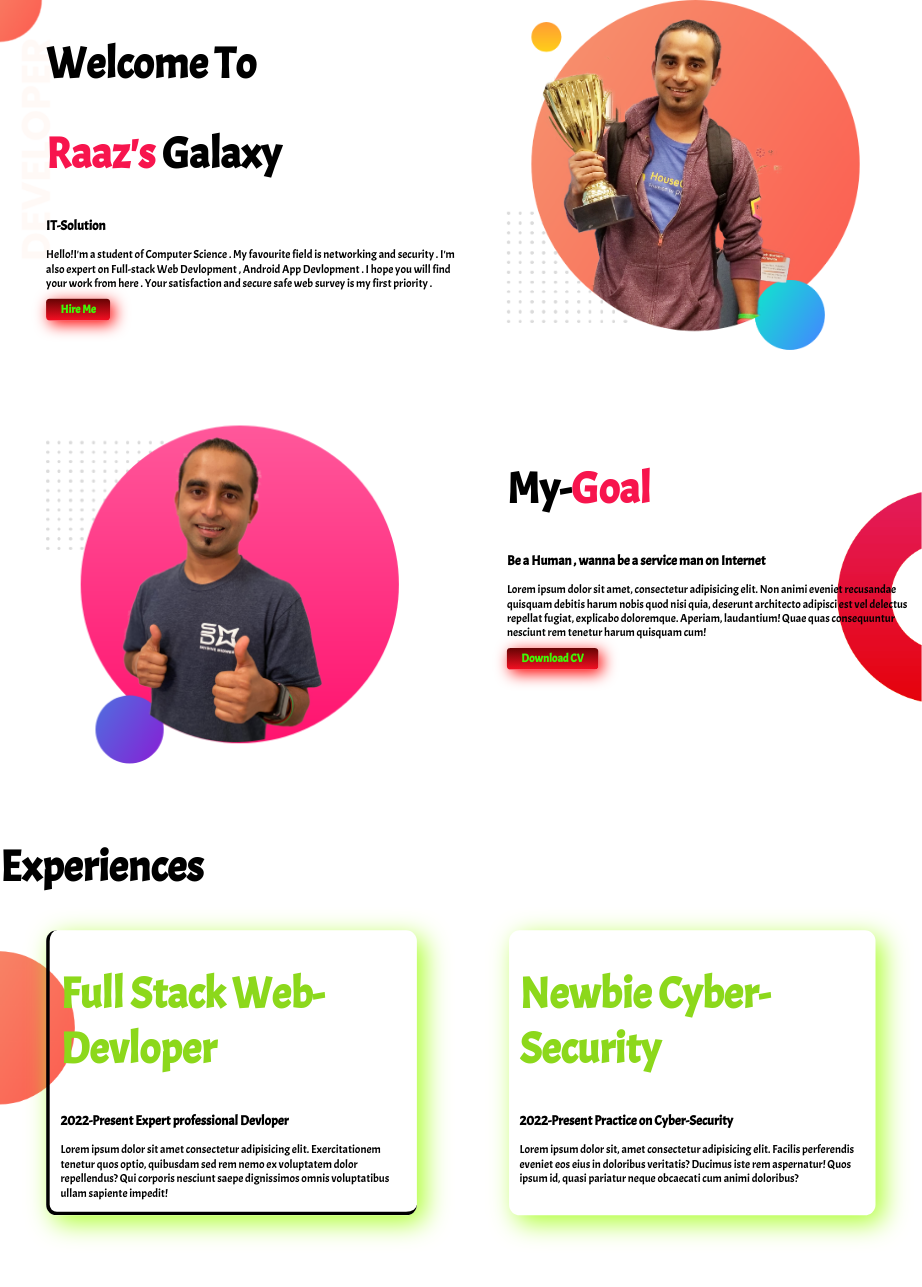
Repository: ramizraaz/my-portfolio
Page: about.html
The author's editor kept a copy of each file at every save. The page is drawn from the files as they stood at one save, then again after the next save.
The browser window is 1280 px wide. The pictures show the whole page, at 72% of full size.

Above is the page before, as saved 2022-01-18 16:24:00.

### about.html
<!DOCTYPE html>
<html lang="en">

<head>
    <meta charset="UTF-8">
    <meta http-equiv="X-UA-Compatible" content="IE=edge">
    <meta name="viewport" content="width=device-width, initial-scale=1.0">
    <title>Raaz Portfolio</title>
    <link rel="preconnect" href="https://fonts.googleapis.com">
    <link rel="preconnect" href="https://fonts.gstatic.com" crossorigin>
    <link href="https://fonts.googleapis.com/css2?family=Acme&family=Lobster&family=Permanent+Marker&display=swap" rel="stylesheet">
    <link rel="stylesheet" href="design.css">
</head>

<body>
    <section class="top flex-container">
        <div class="content">
            <h1>Welcome To</h1>
            <h1><span> Raaz's </span>Galaxy</h1>
            <h3>IT-Solution</h3>
            <p>Hello!I'm a student of Computer Science . My favourite field is networking and security . I'm also expert on Full-stack Web Devlopment , Android App Devlopment . I hope you will find your work from here . Your satisfaction and secure safe
                web survey is my first priority .</p>
            <a class="link-button" href="" target="_blank">Hire Me</a>
        </div>
        <div class="content">
            <img src="images/jhankar.png" alt="Personal Profile">
        </div>
    </section>
    <section class="middle flex-container">
        <div class="content">
            <img src="images/jhankar2.png" alt="Personal Profile">
        </div>
        <div class="content">
            <h1>My-<span id="middHeadder">Goal</span></h1>
            <h3>Be a Human , wanna be a service man on Internet</h3>
            <p>Lorem ipsum dolor sit amet, consectetur adipisicing elit. Non animi eveniet recusandae quisquam debitis harum nobis quod nisi quia, deserunt architecto adipisci est vel delectus repellat fugiat, explicabo doloremque. Aperiam, laudantium! Quae
                quas consequuntur nesciunt rem tenetur harum quisquam cum!</p>
            <a class="link-button" href="" target="_blank">Download CV</a>
        </div>
    </section>
    <section class="bottom">
        <h1>Experiences</h1>
        <div class="flex-container">
            <div id="web-dev" class="exp-items">
                <h1 class="ex-h-color">Full Stack Web-Devloper</h1>
                <h3>2022-Present Expert professional Devloper</h3>
                <p>Lorem ipsum dolor sit amet consectetur adipisicing elit. Exercitationem tenetur quos optio, quibusdam sed rem nemo ex voluptatem dolor repellendus? Qui corporis nesciunt saepe dignissimos omnis voluptatibus ullam sapiente impedit!</p>
            </div>
            <div class="exp-items">
                <h1 class="ex-h-color">Newbie Cyber-Security </h1>
                <h3>2022-Present Practice on Cyber-Security</h3>
                <p>Lorem ipsum dolor sit, amet consectetur adipisicing elit. Facilis perferendis eveniet eos eius in doloribus veritatis? Ducimus iste rem aspernatur! Quos ipsum id, quasi pariatur neque obcaecati cum animi doloribus?</p>
            </div>
        </div>
    </section>
</body>

</html>

### design.css
body {
    font-family: 'Acme', sans-serif;
    margin: 0;
}

h1 {
    font-size: 60px;
}

span {
    color: rgb(247, 21, 77);
}

.flex-container {
    display: flex;
    /* Using this attribute for show photo and content flexible left right part */
    margin-bottom: 100px;
}

.content {
    width: 50%;
    /*to make 2 div 50//50 size*/
    padding-left: 5%;
}

.content img {
    width: 85%;
    /*adjusting image*/
}

.link-button {
    text-decoration: none;
    background-image: linear-gradient(rgb(102, 3, 3), #f50f22);
    padding: 5px 20px;
    border-radius: 5px;
    font-weight: 800;
    color: rgb(63, 247, 7);
    box-shadow: 5px 5px 20px red;
}

.top {
    background-image: url(images/top-banner.png);
    background-repeat: no-repeat;
}

.middle {
    background-image: url(images/dream-bg.png);
    background-repeat: no-repeat;
    background-position: right;
}

.middHeadder {
    color: crimson;
}

.ex-h-color {
    color: rgb(140, 216, 27);
}

.bottom {
    background-image: url(images/exp-bg.png);
    background-repeat: no-repeat;
    background-position: left;
}

.exp-items {
    width: 40%;
    margin-left: 5%;
    margin-right: 5%;
    padding-left: 15px;
    border-radius: 15px;
    box-shadow: 10px 10px 35px greenyellow;
}

#web-dev {
    border-left: 5px solid;
    border-bottom: 5px solid;
}

After the next save:
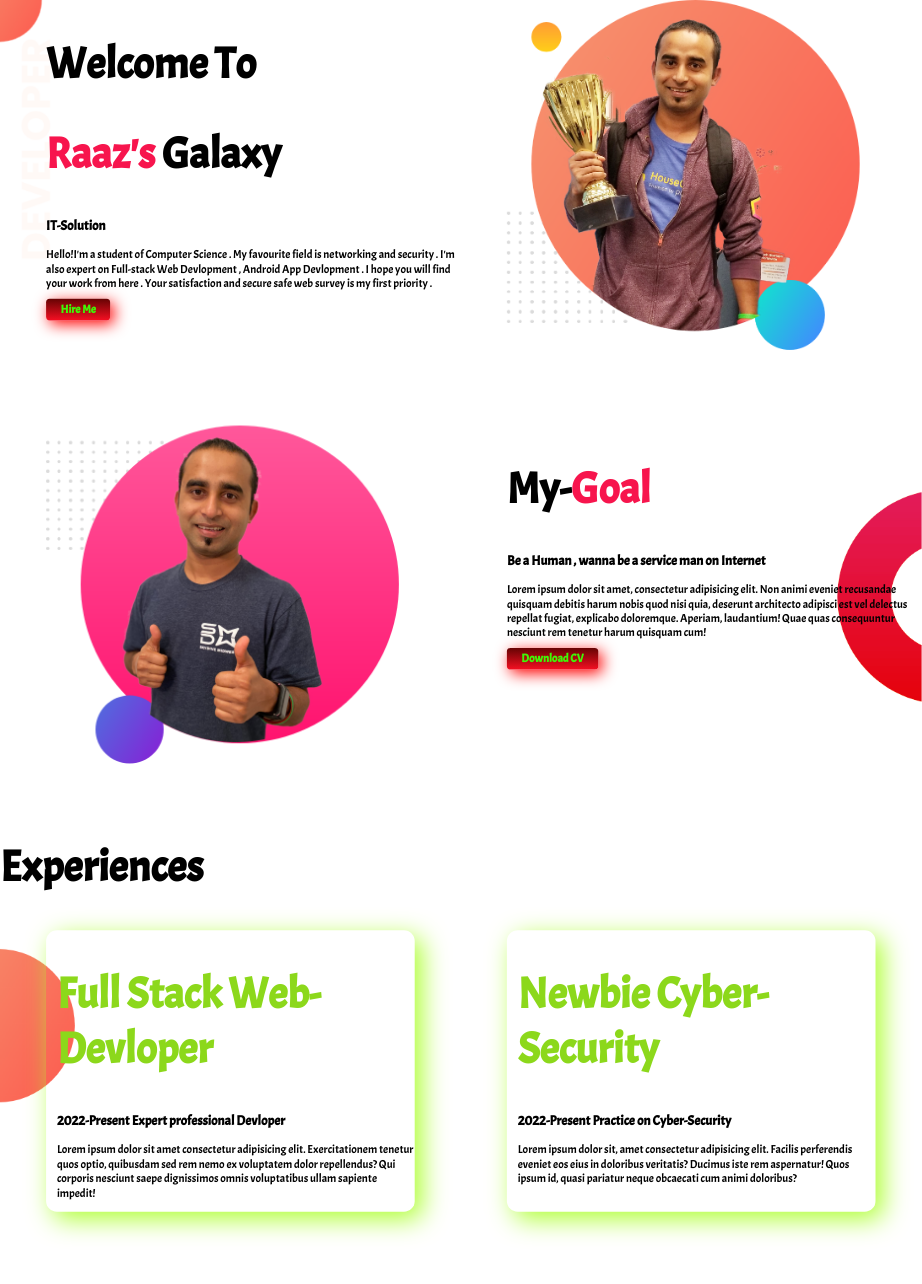
Saved 2 min 6 s later.
--- a/design.css
+++ b/design.css
@@ -73,6 +73,5 @@ span {
 }
 
 #web-dev {
-    border-left: 5px solid;
-    border-bottom: 5px solid;
+    border-image: linear-gradient(red, crimson);
 }
